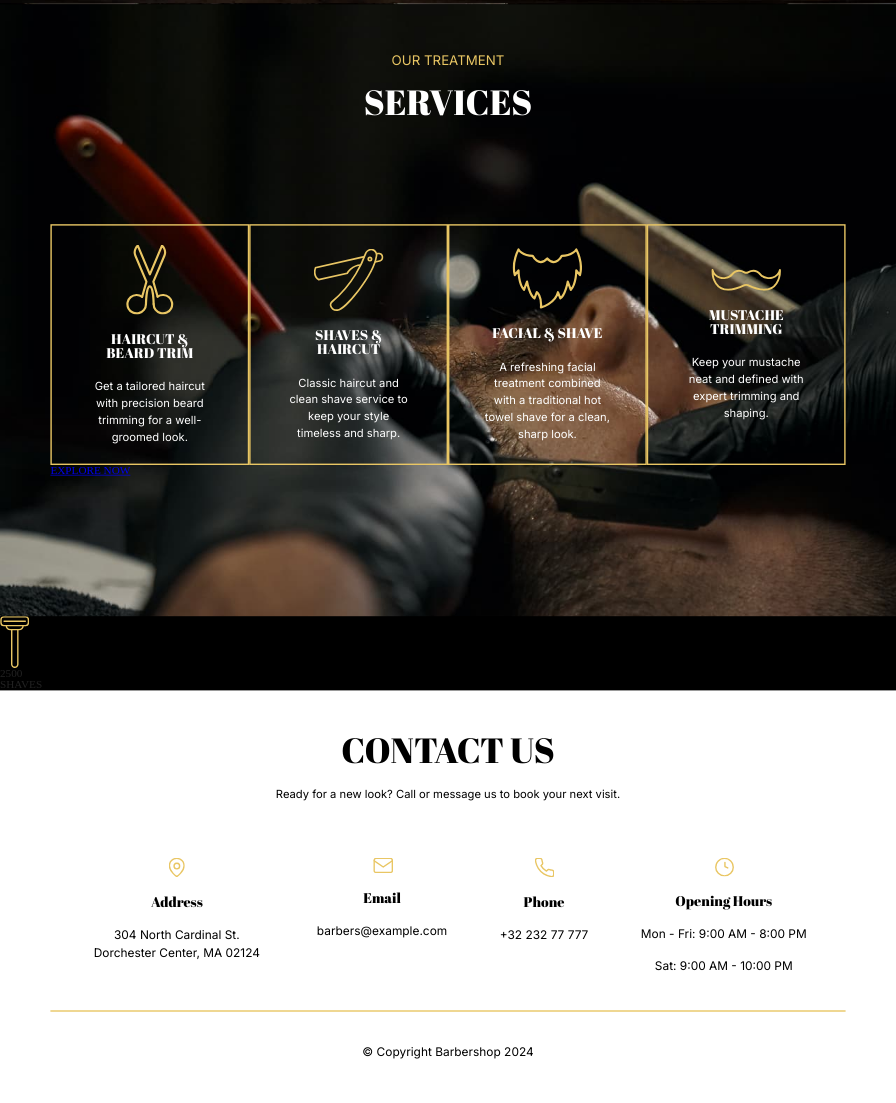
Repository: BogdanLazebnika/barbershop
Page: http://localhost/
An editor plug-in stored every save of this project. The page is shown before and after the next save, followed by the edit.
The browser window is 1280 px wide. The pictures show the part of the page from y = 946 to 2866 px (the page is 2522 px tall before and 2866 px after), at 70% of full size.
The page is run by PHP 8.4 with error messages shown; the project is at /var/www/html/.

Above is the page before, as saved 2025-07-16 23:30:42.

### index.php
<!DOCTYPE html>
<html lang="en">
<head>
    <meta charset="UTF-8">
    <meta name="viewport" content="width=device-width, initial-scale=1.0">
    <title>Homepage Barbershop</title>

    <link rel="stylesheet" href="assets/css/reset.css">
    <link rel="stylesheet" href="assets/css/style.css">
    <link rel="stylesheet" href="assets/css/index.css">


    <link rel="preconnect" href="https://fonts.googleapis.com">
    <link rel="preconnect" href="https://fonts.gstatic.com" crossorigin>
    <link href="https://fonts.googleapis.com/css2?family=Abril+Fatface&display=swap" rel="stylesheet">

</head>
<body>

    <!-- Header -->
    <?php include 'components/header.php'; ?>

    <main>
        <!-- Hero -->
        <section class="hero" role="banner" aria-label="Barbershop hero section">
            <div class="content-hero-wrapper">
                <img src="./assets/images/logo/logo1.svg" alt="Barbershop Logo" class="content-hero-logo">
                <h1 class="content-hero-title">BARBERSHOP</h1>
            </div>
        </section>

        <!-- Services -->
        <section class="services" role="region" aria-label="Barbershop services">
            <h3 class="services-subtitle">OUR TREATMENT</h3>
            <h2 class="services-title">SERVICES</h2>

            <div class="services-list-wrapper">
                <ul class="services-list">
                    <li class="service-item">
                        <div class="service-item-content">
                            <img class="service-item-icon" src="./assets/images/icons/services/icon_scissors.svg" alt="Scissors icon">
                            <h3 class="service-item-title">HAIRCUT & BEARD TRIM</h3>
                            <p class="service-item-description">
                                Get a tailored haircut with precision beard trimming for a well-groomed look.
                            </p>
                        </div>
                    </li>

                    <li class="service-item">
                        <div class="service-item-content">
                            <img class="service-item-icon" src="./assets/images/icons/services/icon_razor.svg" alt="Razor icon">
                            <h3 class="service-item-title">SHAVES & HAIRCUT</h3>
                            <p class="service-item-description">
                                Classic haircut and clean shave service to keep your style timeless and sharp.
                            </p>
                        </div>
                    </li>

                    <li class="service-item">
                        <div class="service-item-content">
                            <img class="service-item-icon" src="./assets/images/icons/services/icon_beard.svg" alt="Beard icon">
                            <h3 class="service-item-title">FACIAL & SHAVE</h3>
                            <p class="service-item-description">
                                A refreshing facial treatment combined with a traditional hot towel shave for a clean, sharp look.
                            </p>
                        </div>
                    </li>

                    <li class="service-item">
                        <div class="service-item-content">
                            <img class="service-item-icon" src="./assets/images/icons/services/icon_mustache.svg" alt="Mustache icon">
                            <h3 class="service-item-title">MUSTACHE TRIMMING</h3>
                            <p class="service-item-description">
                                Keep your mustache neat and defined with expert trimming and shaping.
                            </p>
                        </div>
                    </li>
                </ul>

                <div class="services-list-line-button-wrapper">
                <a href="#" class="explore-now-button-services-list">EXPLORE NOW</a>
                </div>
            </div>
        </section>



        <section class="counter" role="region" aria-label="Barbershop statistics">
            <ul class="counter-list">
                <li class="counter-item">
                    <ul>
                        <li>
                            <img src="./assets/images/icons/counter/icon_razor.svg" alt="happy customers">
                        </li>
                        <li class="counter-item-number"><h4>2500</h4></li>
                        <li class="counter-item-text"><h3>SHAVES</h3></li>
                    </ul>
                </li>
            </ul>
        </section>

    </main>

    <?php include 'components/footer.php'; ?>

</body>
</html>

### components/header.php
<?php
$current = basename($_SERVER['PHP_SELF']);
?>
<header class="header">
    <div class="center-header-container">
        <!-- Link to Header CSS -->
        <link rel="stylesheet" href="assets/css/header.css">
        <link rel="preconnect" href="https://fonts.googleapis.com">
        <link rel="preconnect" href="https://fonts.gstatic.com" crossorigin>
        <link href="https://fonts.googleapis.com/css2?family=Inter:ital,opsz,wght@0,14..32,100..900;1,14..32,100..900&display=swap" rel="stylesheet">

        <script src="assets/js/header.js" defer></script>


        <div class="header-left">
            <button class="burger" id="burger">
                <span></span>
                <span></span>
                <span></span>
            </button>
        </div>

        <nav class="nav">
            <ul class="nav-list">
                <li class="nav-item">
                    <?php if ($current == 'index.php'): ?>
                        <span class="active">Home</span>
                    <?php else: ?>
                        <a href="index.php">Home</a>
                    <?php endif; ?>
                </li>

                <li class="nav-item">
                    <?php if ($current == 'services.php'): ?>
                        <span class="active">Services</span>
                    <?php else: ?>
                        <a href="services.php">Services</a>
                    <?php endif; ?>
                </li>

                <li class="nav-item">
                    <?php if ($current == 'about.php'): ?>
                        <span class="active">About Us</span>
                    <?php else: ?>
                        <a href="about.php">About Us</a>
                    <?php endif; ?>
                </li>

                <li class="nav-item">
                    <?php if ($current == 'blog.php'): ?>
                        <span class="active">Blog</span>
                    <?php else: ?>
                        <a href="blog.php">Blog</a>
                    <?php endif; ?>
                </li>

                <li class="nav-item">
                    <?php if ($current == 'contact.php'): ?>
                        <span class="active">Contact Us</span>
                    <?php else: ?>
                        <a href="contact.php">Contact Us</a>
                    <?php endif; ?>
                </li>
            </ul>
        </nav>
        <a class="button-book-appointment" href="#">BOOK APPOINTMENT</a>
    </div>



</header>

### components/footer.php
<footer>
    <!-- Link to Footer CSS -->
    <link rel="stylesheet" href="assets/css/footer.css">

    <link rel="preconnect" href="https://fonts.googleapis.com">
    <link rel="preconnect" href="https://fonts.gstatic.com" crossorigin>
    <link href="https://fonts.googleapis.com/css2?family=Abril+Fatface&family=Inter:ital,opsz,wght@0,14..32,100..900;1,14..32,100..900&display=swap" rel="stylesheet">

    <link rel="preconnect" href="https://fonts.googleapis.com">
    <link rel="preconnect" href="https://fonts.gstatic.com" crossorigin>
    <link href="https://fonts.googleapis.com/css2?family=Inter:ital,opsz,wght@0,14..32,100..900;1,14..32,100..900&display=swap" rel="stylesheet">


    <h2>CONTACT US</h2>
    <p class="footer-text">Ready for a new look? Call or message us to book your next visit.</p>

    <ul class="footer-contacts">
        <li>
            <ul class="contact-item">
                <li class="contact-icon">
                    <img src="assets/images/icons/footer/icon_location.svg" alt="location">
                </li>
                <li class="contact-label">Address</li>
                <li class="contact-text">
                    304 North Cardinal St. Dorchester Center, MA 02124
                </li>
            </ul>
        </li>

        <li>
            <ul class="contact-item">
                <li class="contact-icon">
                    <img src="assets/images/icons/footer/icon_envelope.svg" alt="email">
                </li>
                <li class="contact-label">Email</li>
                <li class="contact-text"><a href="mailto:barbers@example.com">barbers@example.com</a></li>
            </ul>
        </li>

        <li>
            <ul class="contact-item">
                <li class="contact-icon">
                    <img src="assets/images/icons/footer/icon_phone.svg" alt="phone">
                </li>
                <li class="contact-label">Phone</li>
                <li class="contact-text"><a href="tel:+1234567890">+32 232 77 777</a></li>
            </ul>
        </li>

        <li>
            <ul class="contact-item">
                <li class="contact-icon">
                    <img src="assets/images/icons/footer/icon_clock.svg" alt="opening hours">
                </li>
                <li class="contact-label">Opening Hours</li>
                <li class="contact-text">Mon - Fri: 9:00 AM - 8:00 PM</li>
                <li class="contact-text">Sat: 9:00 AM - 10:00 PM</li>
            </ul>
        </li>
    </ul>

    <!-- додаємо лінію -->
    <hr>

    <p class="copyright">© Copyright Barbershop 2024</p>
</footer>

### assets/css/style.css
body{
    max-width: 1440px;

    margin-left: auto;
    margin-right: auto;
    background-color: black;
}

main{
    /* відступ для фіксованої шапки */
    min-height: calc(100vh - 95px);
}

### assets/css/index.css
/* hero */
.hero{
    background-position-x: center;
    background-image: url('../images/backgrounds/hero.jpg');
}
.background-image-homepage{
    position: relative;
    width: 100%;
    height: 950px;
    overflow: hidden;
}
.background-image-homepage img {
    position: absolute;
    top: 0;
    left: 0;
    width: 100%;
    height: 100%;
    object-fit: cover;
    z-index: -1; /* Ensure the image is behind other content */
}
.content-hero-wrapper{
    position: relative;
    display: flex;
    width: 100%;
}
.content-hero-logo{
    width: calc(100% - 80px);
    max-width: 430px;
    margin: 0 auto;
    padding: 184px 40px;
}
.content-hero-title{
    position: absolute;
    top: 50%;
    left: 50%;
    transform: translate(-50%, -50%);
    font-size: 120px;
    font-family: "abril fatface", sans-serif;
    color: #ffffff;
}
/* css для мобілки */

@media screen and (max-width: 1023px) {
    .content-hero-title {
        font-size: 13dvw;
    }
}







/* Services */

.services{
    background-position-x: center;
    background-image: url('../images/backgrounds/services.jpg');
    padding: 70px 72px 200px;
}
.services-subtitle{
    font-size: 19px;
    color: #E9C664;
    font-weight: 400;
    font-family: "inter", sans-serif;
    text-align: center;
    margin: 0 0 25px;
}
.services-title{
    font-size: 50px;
    color: #ffffff;
    font-weight: 400;
    font-family: "abril fatface", sans-serif;
    text-align: center;
    margin-bottom: 150px;
}



.services-list{
    display: flex;
    justify-content: space-between;
    fl
}
.service-item{
    display: flex;
    width: 340px;
    height: 340px;
    border: #E9C664 2px solid;
}
.service-item-content{
    display: flex;
    flex-direction: column;
    align-items: center;
    text-align: center;
    justify-content: center;
    padding: 50px 50px;
}
.service-item-icon{
    max-width: 100px;
    max-height: 100px;
    width: 100%;
}
.service-item-title{
    font-size: 20px;
    color: #ffffff;
    font-family: "abril fatface", sans-serif;
    margin: 25px 0 25px;
}
.service-item-description{
    font-size: 16px;
    color: #ffffff;
    font-family: "inter", sans-serif;
    line-height: 1.5;
    margin: 0;
}

### assets/css/header.css
header {
  position: fixed;
  top: 0;
  left: 0;
  width: 100%;
  height: 92px;
  color: #ffffff;
  display: flex;
  align-items: center;
  justify-content: center;
  z-index: 1000;

  /* Усі переходи в одному місці */
  transition:
    transform 0.3s ease,
    background-color 0.3s ease,
    box-shadow 0.3s ease;

  transform: translateY(0);
}

header.hidden {
  transform: translateY(-100%);
}

header.scrolled {
  background-color: rgba(0, 0, 0, 0.5);
  box-shadow: 0 4px 10px rgba(0, 0, 0, 0.2);
  backdrop-filter: blur(6px);
}


.center-header-container{
    position: relative;
    display: flex;
    justify-content: space-between;
    width: 100%;
    margin-top: 40px;
    height: 50px;
    max-width: 1440px;
}

/* БУРГЕР */
.header-left{
    display: flex;
    align-items: center;
    gap: 20px;
    margin-left: 72px;
}
.burger {
    width: 30px;
    height: 20px;
    display: flex;
    flex-direction: column;
    justify-content: space-between;
    background: none;
    border: none;
    cursor: pointer;
    padding: 0;
}
.burger span {
    width: 100%;
    height: 4px;
    background: #E9C664;
    border-radius: 4px;
    transition: 0.3s ease;
    transform-origin: center;
}
/* логіка вікривання */
.burger.open span:nth-child(1) {
  transform: rotate(45deg) translateY(11px);
}

.burger.open span:nth-child(2) {
  opacity: 0;
}

.burger.open span:nth-child(3) {
  transform: rotate(-45deg) translateY(-11px);
}





/* Навігація  для ПК*/
@media screen and (min-width: 1024px) {
    nav {
        display: flex;
        align-items: center;

    }
    nav ul {
        display: flex;
        list-style: none;
        padding: 0;
        gap: 50px;
    }

    nav ul li a {
        text-decoration: none;
        color: #979797;
        font-size: 18px;
        font-family: "inter", sans-serif;
        font-weight: 400;
    }
    nav ul li a.active{
        color: #ffffff;
        font-weight: bold;
    }
    nav ul li span {
        text-decoration: none;
        color: #979797;
        font-size: 18px;
        font-family: "inter", sans-serif;
        font-weight: 400;
        cursor: pointer; /* щоб не було посилання */
    }
    nav ul li span.active{
        color: #ffffff;
        font-weight: bold;
    }


    /* робимо риску при наведені на навігацію яка висувається*/

    nav ul li a {
        position: relative;
    }

    nav ul li a::after {
        content: "";
        position: absolute;
        left: 0;
        right: 0;
        bottom: -7px;
        height: 2px;
        background: #E9C664;
        transform: scaleX(0);
        transition: transform 0.3s ease;
    }


    nav ul li a:hover::after{
        transform: scaleX(1);
    }
    nav ul li a.active::after {
        transform: scaleX(0);
        transition: none;
    }
}

.button-book-appointment{
    text-decoration: none;

    display: flex;
    align-items: center;
    justify-content: center;

    font-family: "inter", sans-serif;
    font-size: 14px;
    font-weight: bold;
    color: #ffffff;

    padding: 15px 15px;
    border: #E9C664 solid 2px;

    margin-right: 72px;
}






/* css для мобілки */

@media screen and (min-width: 1023px) {
    .burger{
        display: none;
    }
}


@media screen and (max-width: 1023px) {
    .header{
        height: 72px;
    }
}
@media screen and (max-width: 1023px) {
    .center-header-container{
        margin-top: 20px;
    }
}
@media screen and (max-width: 1023px) {
    .header-left{
        margin-left: 20px;
    }
}



@media screen and (max-width: 1023px) {
    nav{
        position: absolute;
        top: 50px;
        left: -250px;
        transition: left 0.3s ease;

        background-color: #212121;

        width: 250px;
        min-height: 100vh;
        overflow-x: auto;
    }
    nav.open {
        left: 0;
        transition: left 0.3s ease;
    }
    .nav-item a{
        font-family: "inter", sans-serif;
        font-size: 18px;
        font-weight: 400;
        color: #ffffff;
        text-decoration: none;
    }
    .nav-item span{
        font-family: "inter", sans-serif;
        font-size: 18px;
        font-weight: 400;
        color: #ffffff;
        text-decoration: none;
    }

    .nav-item span.active{
        color: #E9C664;
        font-weight: bold;
        padding-bottom: 5px;
        border-bottom: #E9C664 solid 3px;
    }

    .nav-item a:hover{
        padding-bottom: 5px;
        border-bottom: #E9C664 solid 3px;
    }
    .header.open {
        background-color: #212121;
    }

    .nav-list{
        display: flex;
        flex-direction: column;
        gap: 25px;
        padding: 20px 0 0 20px;
    }




}






@media screen and (max-width: 1023px) {
    .button-book-appointment{
        margin-right: 20px;
    }
}

### assets/images/icons/services/icon_beard.svg
<svg width="95" height="83" viewBox="0 0 95 83" fill="none" xmlns="http://www.w3.org/2000/svg">
<path d="M86.7384 2C86.7384 2 81.6274 10.678 67.0515 10.678C67.0515 10.678 58.9495 27.2594 47.2886 14.2446C35.6285 27.2603 27.5265 10.678 27.5265 10.678C12.9574 10.6746 8.25952 2 8.25952 2C8.25952 2 -1.44449 19.6959 3.31247 36.9605L8.25952 30.4661C8.25952 30.4661 8.25954 48.943 15.6806 57.0508L19.8663 45.7381C19.8663 45.7381 22.9081 63.8384 29.9506 68.7404L33.185 60.2558C33.185 60.2558 40.0518 65.6409 38.7615 81C38.7615 81 58.1332 75.733 61.8163 60.2558L65.0507 68.7404C72.0906 63.8384 75.1349 45.7381 75.1349 45.7381L79.3208 57.0508C86.7418 48.943 86.7417 30.4661 86.7417 30.4661L91.6888 36.9572C96.4433 19.6925 86.7384 2 86.7384 2Z" stroke="#E9C664" stroke-width="3" stroke-linecap="round" stroke-linejoin="round"/>
</svg>

### assets/css/footer.css
footer {
    background-color: #ffffff;
    padding: 60px 72px;
    text-align: center;
}

footer h2 {
    color: #000000;
    font-family: "Abril Fatface", serif;
    font-size: 50px;
    font-weight: 400;

    margin-bottom: 25px;
}
footer .footer-text{
    color: #000000;
    font-family: "inter", sans-serif;
    font-size: 16px;
    font-weight: 400;
    line-height: 1.5;


    margin-bottom: 80px;
}


.footer-contacts{
    display: flex;
    flex-wrap: wrap;
    gap: 75px;
    justify-content: center;

    margin-bottom: 50px;
}
.contact-item{
    display: flex;
    flex-direction: column;
    align-items: center;
    gap: 20px;
    max-width: 250px;
}

.contact-icon{
    width: 26px;
}

.contact-label{
    color: #000000;
    font-family: "abril fatface", serif;
    font-size: 20px;
    font-weight: 400;
    line-height: 1.5;
}
.contact-text{
    font-family: "inter", sans-serif;
    font-size: 17px;
    font-weight: 400;
    line-height: 1.5;
    color: #000000;
}
.contact-text a{
    color: #000000;
    text-decoration: none;
}
hr {
    border: 0;
    border-top: 2px solid #E9C664;
    margin-bottom: 45px;
}

.copyright{
    color: #000000;
    font-family: "inter", sans-serif;
    font-size: 17px;
    font-weight: 400;
    line-height: 1.5;
    text-align: center;
}





/* css для мобілки */
@media screen and (max-width: 1023px) {
    footer {
        padding: 30px 20px;
    }
    footer h2 {
        font-size: 30px;
    }
    .footer-contacts {
        flex-direction: column;
        align-items: center;
    }
    .contact-item {
        max-width: 100%;
    }
}

### assets/js/header.js
// логіка вікривання меню
document.addEventListener('DOMContentLoaded', function () {
  const burger = document.querySelector('.burger');
  const nav = document.querySelector('.nav');
  const header = document.querySelector('header');

  // Відкривання/закривання по кліку на бургер
  burger.addEventListener('click', function (e) {
    e.stopPropagation();
    burger.classList.toggle('open');
    nav.classList.toggle('open');
    header.classList.toggle('open');
  });

  // Закриття при кліку поза шапкою/меню
  document.addEventListener('click', function (e) {
    const isClickInside = header.contains(e.target);

    if (!isClickInside && nav.classList.contains('open')) {
      burger.classList.remove('open');
      nav.classList.remove('open');
      header.classList.remove('open'); // 🔧 додаємо!
    }
  });

  // Закриття при скролі, якщо меню відкрите
  window.addEventListener('scroll', function () {
    const navIsOpen = nav.classList.contains('open');

    if (navIsOpen) {
      burger.classList.remove('open');
      nav.classList.remove('open');
      header.classList.remove('open'); // 🔧 додаємо!
    }
  });
});

// стилізація шапки
let lastScroll = window.scrollY;
let header = document.querySelector('header');
let scrollUpDistance = 0;
let scrollDownDistance = 0;

window.addEventListener('scroll', () => {
  const currentScroll = window.scrollY;

  // Перевірка, чи меню відкрите
  const menuIsOpen = document.querySelector('.nav').classList.contains('open');
  if (menuIsOpen) {
    return; // Якщо меню відкрите — не ховаємо шапку
  }

  // ✅ Додаємо фон, якщо не на самому верху
  if (currentScroll > 0) {
    header.classList.add('scrolled');
  } else {
    header.classList.remove('scrolled');
  }

  // Скрол вниз
  if (currentScroll > lastScroll) {
    scrollUpDistance = 0;
    scrollDownDistance += currentScroll - lastScroll;

    if (scrollDownDistance > 250) {
      header.classList.add('hidden');
    }
  }

  // Скрол вгору
  else if (currentScroll < lastScroll) {
    scrollDownDistance = 0;
    scrollUpDistance += lastScroll - currentScroll;

    if (scrollUpDistance > 200) {
      header.classList.remove('hidden');
    }
  }

  lastScroll = currentScroll;
});

### assets/images/icons/footer/icon_location.svg
<svg width="23" height="28" viewBox="0 0 23 28" fill="none" xmlns="http://www.w3.org/2000/svg">
<path d="M22 11.636C22 19.909 11.5 27 11.5 27C11.5 27 0.99997 19.909 0.99997 11.636C0.982143 8.83325 2.07833 6.1382 4.04741 4.14361C6.0165 2.14901 8.69723 1.01824 11.5 1C14.3027 1.01824 16.9834 2.14901 18.9525 4.14361C20.9216 6.1382 22.0178 8.83325 22 11.636V11.636Z" stroke="#E9C664" stroke-width="2" stroke-linecap="round" stroke-linejoin="round"/>
<path d="M11.64 16.004C13.8492 16.004 15.64 14.2132 15.64 12.004C15.64 9.79489 13.8492 8.00403 11.64 8.00403C9.43088 8.00403 7.64001 9.79489 7.64001 12.004C7.64001 14.2132 9.43088 16.004 11.64 16.004Z" stroke="#E9C664" stroke-width="2" stroke-linecap="round" stroke-linejoin="round"/>
</svg>

### assets/images/icons/footer/icon_envelope.svg
<svg width="29" height="22" viewBox="0 0 29 22" fill="none" xmlns="http://www.w3.org/2000/svg">
<path d="M4.1 1.00034H24.9C25.5757 0.989335 26.2282 1.24602 26.7153 1.71439C27.2024 2.18275 27.4845 2.82477 27.5 3.50034V18.5003C27.4845 19.1759 27.2024 19.8179 26.7153 20.2863C26.2282 20.7547 25.5757 21.0113 24.9 21.0003H4.1C3.42434 21.0113 2.77176 20.7547 2.28466 20.2863C1.79756 19.8179 1.51549 19.1759 1.5 18.5003V3.50034C1.51549 2.82477 1.79756 2.18275 2.28466 1.71439C2.77176 1.24602 3.42434 0.989335 4.1 1.00034V1.00034Z" stroke="#E9C664" stroke-width="2" stroke-linecap="round" stroke-linejoin="round"/>
<path d="M27.5 4.38708L14.5 13.2701L1.5 4.38708" stroke="#E9C664" stroke-width="2" stroke-linecap="round" stroke-linejoin="round"/>
</svg>

### assets/images/icons/footer/icon_clock.svg
<svg width="28" height="27" viewBox="0 0 28 27" fill="none" xmlns="http://www.w3.org/2000/svg">
<path d="M14 26C20.9036 26 26.5 20.4036 26.5 13.5C26.5 6.59644 20.9036 1 14 1C7.09644 1 1.5 6.59644 1.5 13.5C1.5 20.4036 7.09644 26 14 26Z" stroke="#E9C664" stroke-width="2" stroke-linecap="round" stroke-linejoin="round"/>
<path d="M14.625 6.66699V12.667L18.625 14.667" stroke="#E9C664" stroke-width="2" stroke-linecap="round" stroke-linejoin="round"/>
</svg>

Loaded but not shown: assets/css/reset.css (common file); assets/images/logo/logo1.svg (16 lines, source omitted); assets/images/icons/services/icon_razor.svg (6 lines, source omitted); assets/images/icons/services/icon_scissors.svg (6 lines, source omitted); assets/images/icons/footer/icon_phone.svg (3 lines, source omitted); assets/images/icons/counter/icon_razor.svg (6 lines, source omitted); assets/images/icons/services/icon_mustache.svg (3 lines, source omitted)

After the next save:
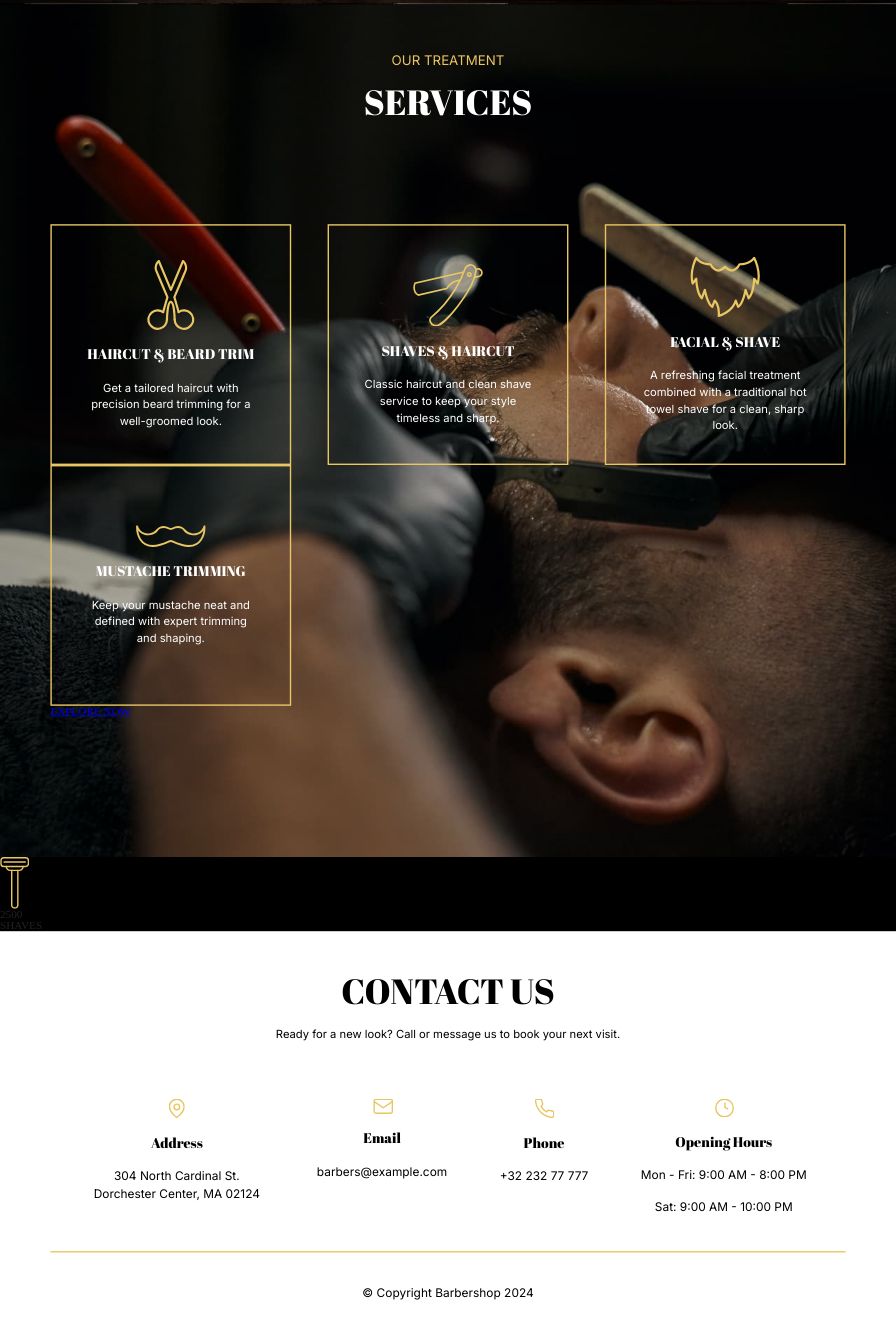
Saved 4 s later.
--- a/assets/css/index.css
+++ b/assets/css/index.css
@@ -81,7 +81,7 @@
 .services-list{
     display: flex;
     justify-content: space-between;
-    fl
+    flex-wrap: wrap;
 }
 .service-item{
     display: flex;
